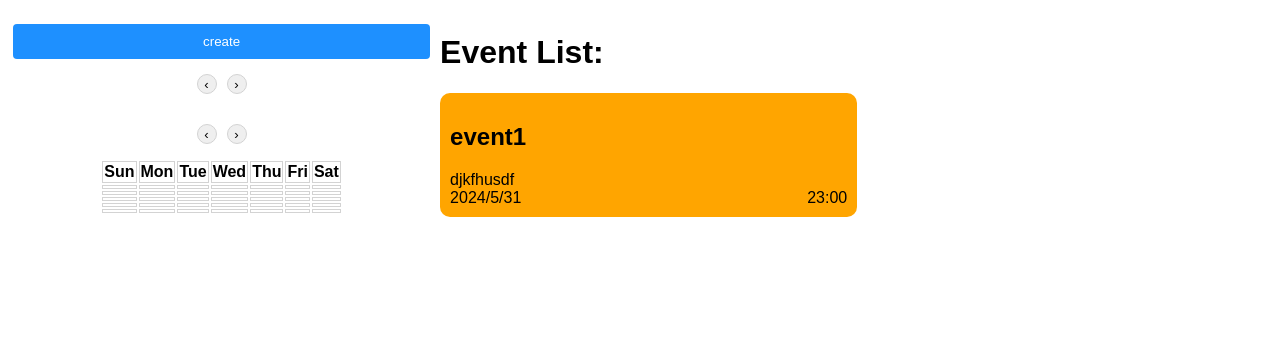
Repository: fateme81yosefi/calendar
Page: index.html
An editor plug-in stored every save of this project. The page is shown before and after the next save, followed by the edit.
The browser window is 1280 px wide. The pictures show the whole page.

Above is the page before, as saved 2024-05-31 08:38:12.
Console error: SyntaxError: Unexpected string

After the next save:
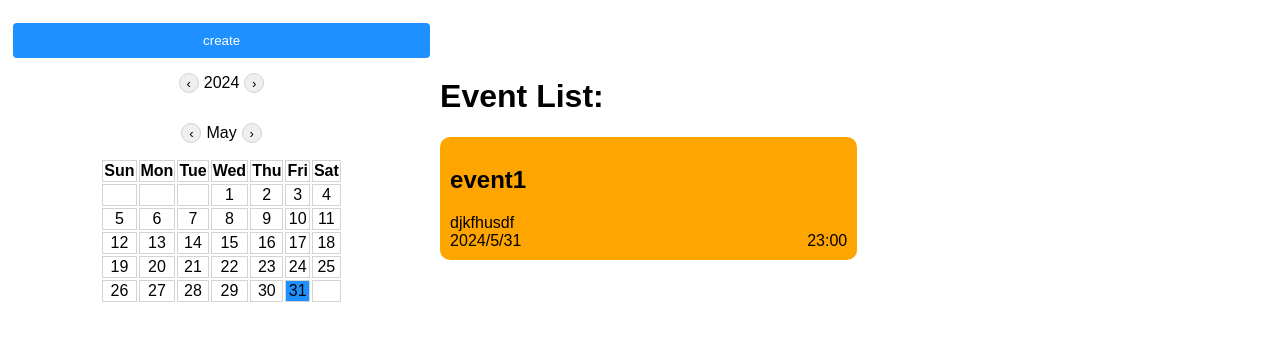
The error is gone.
Saved 6 s later.
--- a/scripts.js
+++ b/scripts.js
@@ -192,7 +192,7 @@ function setEventDate(id) {
 }
 
 function addEvent(title, description, time, date, color) {
-    event.push({title:"title",description:"no desc","20 am" , })
+    event.push({title:"title",description:"no desc",time:"20 am" , })
 }
 setMonth(m)
 setYear(y)
